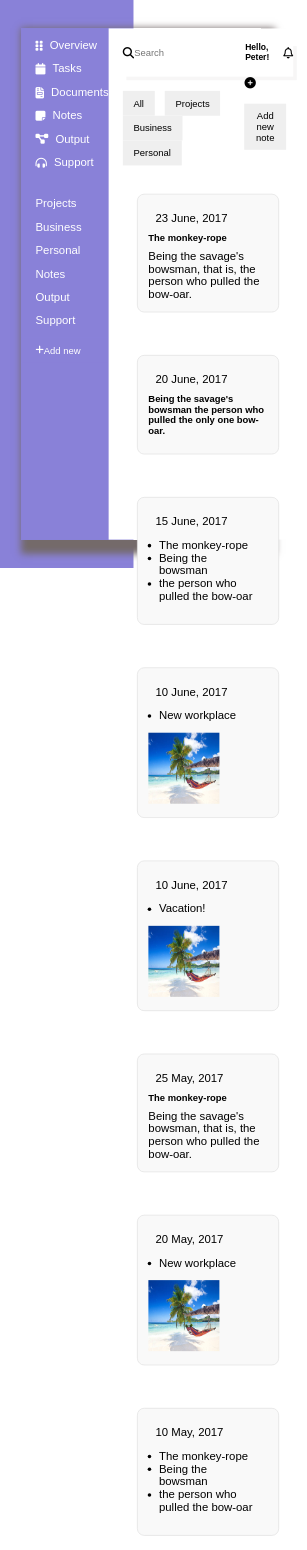
Repository: SatenikGabrielyan/HTML_CSS-_Assignment
Page: index.html
The author's editor kept a copy of each file at every save. The page is drawn from the files as they stood at one save, then again after the next save.
The browser window is 375 px wide. The page is 433 px wide, so the pictures cover 433 px, including what lies to the right of the window. The pictures show the whole page, at 71% of full size.
Some web libraries are served in a nearby version.

Above is the page before, as saved 2025-03-18 01:02:38.

After the next save:
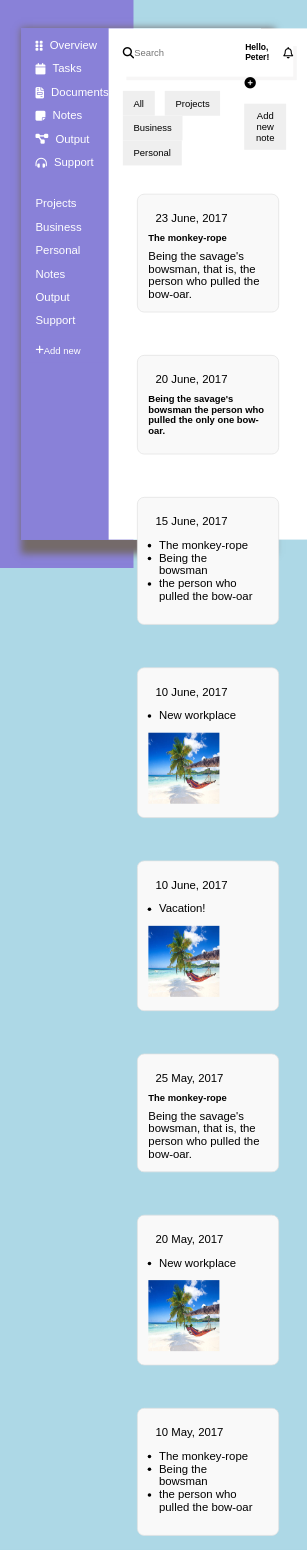
Saved 109 s later.
--- a/style.css
+++ b/style.css
@@ -355,3 +355,8 @@ height: 100px;
     font-weight: normal;
     align-items: center;
 }
+@media only screen and (max-width: 600px) {
+    body {
+      background-color: lightblue;
+    }
+  }

After the 4 saves that followed:
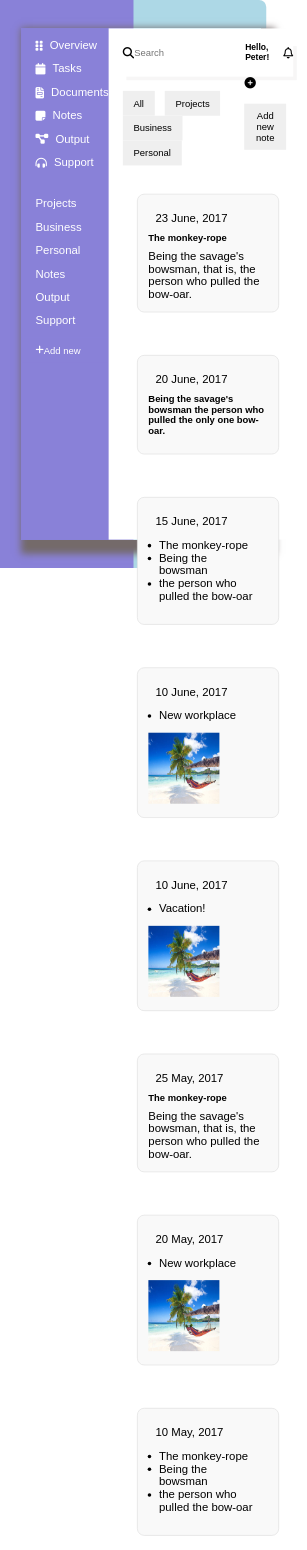
The 4 saves are shown as one change because 1 left the picture as it was and some came seconds apart.
The last was saved 34 s later.
--- a/style.css
+++ b/style.css
@@ -356,7 +356,7 @@ height: 100px;
     align-items: center;
 }
 @media only screen and (max-width: 600px) {
-    body {
+   .cont {
       background-color: lightblue;
     }
   }
